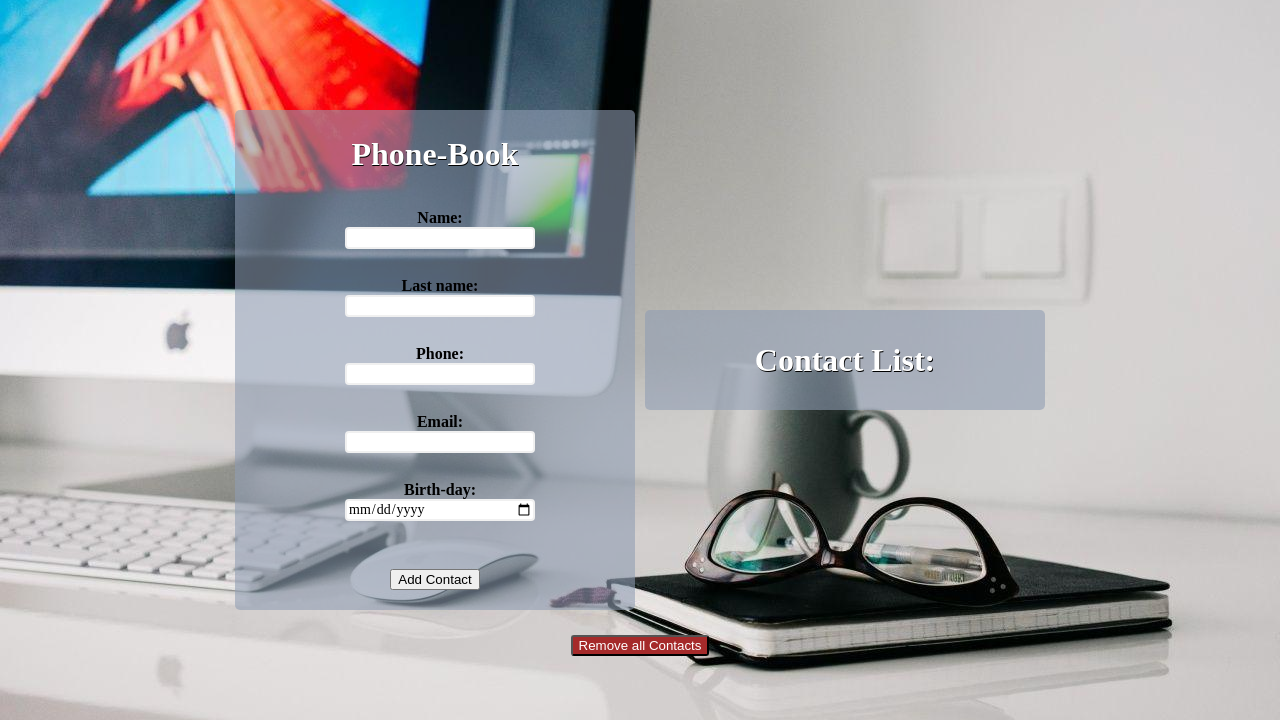
Repository: STA1357/Phone-book
Page: Inner.html
The author's editor kept a copy of each file at every save. The page is drawn from the files as they stood at one save, then again after the next save.
The browser window is 1280 px wide. The pictures show the whole page.

Above is the page before, as saved 2020-12-12 11:36:51.

### Inner.html
<!DOCTYPE html>
<html lang="en">
<head>
    <meta charset="UTF-8">
    <meta name="viewport" content="width=device-width, initial-scale=1.0">
    <title>Phone Book</title>
    <link rel="stylesheet" href="./styles.css">
    <script src="./app.js"></script>
</head>
<body>
    <form action="#" method="POST" id="form" class="form">

        <header>
            <div class="header-title">
                <h1>Phone-Book</h1>
            </div>
        </header>

        <main>
            <div class="container">

                <div class="form-control">
                <label for="name">Name:</label>
                <input type="text" id="nameInput">
                <small>Error message</small>
                </div>

                <div class="form-control">
                <label for="lname">Last name:</label>
                <input type="text" id="lnameInput">
                <small>Error message</small>
                </div>

                <div class="form-control">
                <label for="tel">Phone:</label>
                <input type="text" id="telInput" class="tellinput">
                <small>Error message</small>
                </div>


                <div class="form-control">
                <label for="email">Email:</label>
                <input type="email" id="emailInput">
                <small>Error message</small>
                </div>


                <div class="form-control">
                <label for="birthname">Birth-day:</label>
                <input type="date" id="birthInput">
                <small>Error message</small>
                </div>

            </div>

        </main>

        <div class="btn">
        <button type="submit" id="btnAdd">Add Contact</button>
    </div>
    </form>
<div class="list-container">
    <h2 class="listTitle">Contact List:</h2>
    <ul id="users"></ul>
</div>

<div class="clearBook">
    <button id="clearBookBtn" class="clearBookBtn" onclick="removeAll()">Remove all Contacts</button>
</div>

</body>
</html>

### styles.css
*{
    box-sizing: border-box;

}

body{
    display: flex;
    flex-direction: row;
    align-items: center;
    justify-content: center;
    min-height: 100vh;
    margin: 0;
    background: url("./wp3990421-office-wallpapers.jpg") no-repeat fixed center center;
    background-size: cover;
}

.header-title{
    color: white;
    text-shadow: 0.5px 0.5px black;
}

form{

    background-color: rgba(144, 156, 179, 0.589);
    width: 400px;
    max-width: 100%;
    margin-right: 10px;
    text-align: center;
    border-radius: 5px;
    position: relative;
}

main{
    margin-left: 25%;
}

.container{
    text-align: center;
    display: block;
    width: 70%;
}

.list-container{
    background-color: rgba(144, 156, 179, 0.589);
    width: 400px;
    max-width: 100%;
    page-break-after: 30px 40px;
    border-radius: 5px;
}

.listTitle{
    color: white;
    text-shadow: 0.7px 0.7px black;
    font-size: 32px;
}

.titleLi{
    color: rgb(190, 14, 14);
    text-shadow: 0.5px 0.5px black;
    font-size: 22px;
}

.infoList{
    color: black;
    font-size: 18px;
}

h2{
    text-align: center;
}

label{
    font-weight: bold;
}

.form-control input {
	border: 2px solid #f0f0f0;
	border-radius: 4px;
	display: block;
	font-family: inherit;
	font-size: 14px;

	width: 100%;
}








.btn{
    padding: 20px 0;
}


.selected{
    background-color: skyblue;
    color: black;
    text-shadow: 0.5px 0.5px grey;
}

.deleteBtn::before{
    color: brown;
    content: "delete";
    font-weight: bold;
}

.deleteAll::before{
    color: brown;
    content: "delete";
}

div{
    padding: 5px;
}

li{
    font-weight: bold;
    font-style: italic;
}

.clearBook{
    display: block;
    position: fixed;

}

.clearBookBtn{
    margin-top: 570px;
    background-color: brown;
    color: white;
    border-radius: 3px;
}

.form-control.success input{
    border-color: rgb(18, 206, 18);
}

.form-control.error input{
    border-color: rgb(224, 68, 68);
}


.form-control small {
	color: rgb(224, 68, 68);
	bottom: 0;
	left: 0;
	visibility: hidden;
}

.form-control.error small{
    visibility: visible;
}

### app.js


window.onload = function() {
    const localKey = 'contactsCollection';
    const form = document.querySelector('form');
    const list = document.getElementById('users');
    const userName = document.getElementById('nameInput');
    const userLname = document.getElementById('lnameInput');
    const userTel = document.getElementById('telInput');
    const userEmail = document.getElementById('emailInput');
    const userBirth = document.getElementById('birthInput');

    const newLocal = 'submit';
    //validation
    form.addEventListener(newLocal, (e) => {
        e.preventDefault();

        checkInputs();
    })

    function checkInputs() {
        const userNameValue = userName.value.trim();
        const userLnameValue = userLname.value.trim();
        const userTelValue = userTel.value.trim();
        const userEmailValue = userEmail.value.trim();
        const userBirthValue = userBirth.value.trim();



    if(userNameValue === ''){
        setErrorFor (userName, 'Can not skip user name')
    } else {
        setSuccessFor (userName);
    }
    if(userLnameValue === ''){
        setErrorFor (userLname, 'Can not skip user last-name')
    } else {
        setSuccessFor (userLname);
    }
    if(userTelValue === ''){
        setErrorFor (userTel, 'Can not skip user phone')
    } else {
        setSuccessFor (userTel);
    }
    if(userEmailValue === ''){
        setErrorFor (userEmail, 'Can not skip email')
    } else {
        setSuccessFor (userEmail);
    }
    if(userBirthValue === ''){
        setErrorFor (userBirth, 'Can not skip user birthday')
    } else {
        setSuccessFor (userBirth);
    }

    function setErrorFor (input, message) {
        const formControl = input.parentElement;
        const small = formControl.querySelector('small');
        formControl.className = 'form-control error';
        small.innerText = message;
        }

        function setSuccessFor (input) {
        const formControl = input.parentElement;
        formControl.className = 'form-control success';
        }
    }


    let contactsList = getContacts();
    let activeContact = null;

    generateContactList();



    function getContacts() {
        const res = localStorage.getItem(localKey);
        return res ? JSON.parse(res) : [];
    }

    function setToStorage(data) {
        localStorage.setItem(localKey, data);
    }

    function updateContactList(newList) {
        const string = JSON.stringify(newList);
        contactsList = newList;
        setToStorage(string);
        generateContactList();
    }

    function recordContact(newContact) {
        updateContactList([...contactsList, newContact])
    }

    function updateContact(newData) {
        contactsList = contactsList.map(contact => contact.id === newData.id ? newData : contact);
        updateContactList(contactsList);
    }

    function deleteContact(removeId) {
        contactsList = contactsList.filter(({ id }) => id !== removeId);
        updateContactList(contactsList);
    }

    function setActiveContact(id) {
        const contact = document.getElementById(`contact-${id}`);
        contact.classList.toggle('active');
    }

    function generateContactList() {
        console.log(contactsList);
        const fragment = document.createDocumentFragment();
        contactsList.forEach((contact) => {
            const { id, name, lastName, phone, mail, birthDay } = contact;
            const container = document.createElement('div');

            container.onclick = () => setActiveContact(id);
            container.id = `contact-${id}`;
            const title = document.createElement('li');
            title.className = 'titleLi'
            title.innerText = `${name} ${lastName}`;

            const infoList = document.createElement('b');
            infoList.className = 'infoList'
            infoList.innerText = `${phone}
            ${mail}
            ${birthDay}`;
            // phonesList.innerText = phones.join(' ');
            container.appendChild(title);
            container.appendChild(infoList);
            fragment.appendChild(container);

            const deleteBtn = document.createElement('button');
            deleteBtn.className = 'deleteBtn'
            fragment.appendChild(deleteBtn);
            deleteBtn.addEventListener('mousedown', function (e) {
                e.preventDefault();
            })

            deleteBtn.addEventListener('click', function (e) {
                console.log(e);
                container.removeChild(title);
                container.removeChild(infoList);
                deleteBtn.style.display = 'none';

            })
            document.getElementById('nameInput').value = "";
            document.getElementById('lnameInput').value = "";
            document.getElementById('telInput').value = "";
            document.getElementById('emailInput').value = "";
            document.getElementById('birthInput').value = "";

            //const btn = document.createElement('button');
            //btn.onclick = () => !deleteContact(removeId);
            //btn.appendChild(container)
            //window.localStorage.clear();

            container.addEventListener('mousedown', function (e) {
                e.preventDefault();
            })

            container.addEventListener('click', function (e) {
                console.log(e);


                if (e.target == this) {
                    return false;

                }
                if (!e.ctrlKey) {
                    clearSelected(this.children);
                }
                addSelected(e.target);
            })

            function clearSelected(elems) {
                for (let elem of elems) {
                    elem.classList.remove('selected');
                }
            }

            function addSelected(target) {
                target.classList.add('selected');
            }
        });


        list.innerHTML = '';
        list.appendChild(fragment);


    }

    function getId() {
        return '_' + Math.random().toString(36).substr(2, 9);
    };
    let contactsCount = 0;

    form.onsubmit = (event) => {
        event.preventDefault();
        const contact = {
            id: getId(),
            name: userName.value,
            lastName: userLname.value,
            phone: userTel.value,
            mail: userEmail.value,
            birthDay: userBirth.value
        }
        contactsCount++;
        console.log(contactsCount);
        recordContact(contact);
        console.log(contact);
    }



}

function removeAll(){
    if(window.confirm("This action will remove all contacts. Are you sure?")){
        window.localStorage.clear();
        document.location.reload();
    }
}


function newFunction() {
    return document.getElementById('contactsCount');
}
//function move_up() {
//document.getElementById('list-container').scrollTop += 10;
//}

//function move_down() {
//document.getElementById('list-container').scrollTop -= 10;
//}

// const form = document.querySelector('form')
// const list = document.getElementById('users')
// const userName = document.getElementById('nameInput')
// const userLname = document.getElementById('lnameInput')
// const userTel = document.getElementById('telInput')
// const userEmail = document.getElementById('emailInput')
// const userBirth = document.getElementById('birthInput')
// const entry = document.createElement('li')


// function addUser() {
//     const list = document.getElementById('users')
//     const userName = document.getElementById('nameInput')
//     const userLname = document.getElementById('lnameInput')
//     const userTel = document.getElementById('telInput')
//     const userEmail = document.getElementById('emailInput')
//     const userBirth = document.getElementById('birthInput')
//     const entry = document.createElement('li')
//     entry.appendChild(document.createTextNode(userName.value + ' ' + userLname.value + ' '
//     + userTel.value + ' ' + userEmail.value + ' ' + userBirth.value))
//     list.appendChild(entry)
//     return false

// }

// let bookContacts = [];

// const addContacts = (ev) => {
//     ev.preventDefault();
//     let contact = {
//         name: document.getElementById('nameInput').value,
//         lname: userLname.value,
//         tel: userTel.value,
//         email: userEmail.value,
//         birthday: userBirth.value
//     }
//     bookContacts.push(contact);
//     document.forms[0].reset();
// }
// document.addEventListener('DomContentLoad', () =>{
//     document.getElementById('btnAdd').addEventListener('click',addContacts)
// })
// console.log(bookContacts);




/*class Person{
    constructor(options){
        this.name = options.name
        this.lname = options.lname
        this.tel = options.tel
        this.email = options.email
        this.birthday = options.birthday
    }
}

class User extends Person{
    static type = "User"
}

const user = new User({
    name: "",
    lname: "",
    tel: "",
    email:"",
    birthday:""
})


localStorage.setItem('userInfo', JSON.stringify(user));




const raw = localStorage.getItem('userInfo')
const userInfo = JSON.parse(raw)
userInfo.name = 'Maxim'

console.log(userInfo);*/

After the next save:
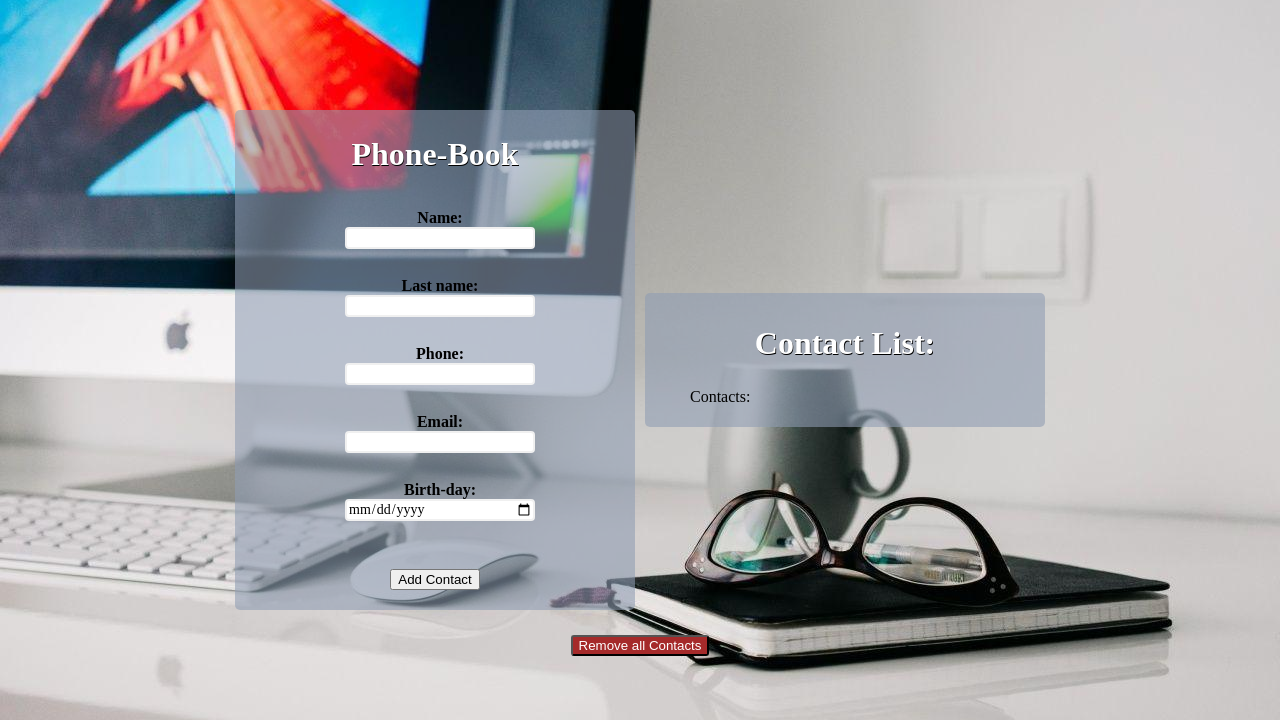
Saved 5 s later.
--- a/Inner.html
+++ b/Inner.html
@@ -61,6 +61,7 @@
     </form>
 <div class="list-container">
     <h2 class="listTitle">Contact List:</h2>
+    <ul id="contactsCount">Contacts:</ul>
     <ul id="users"></ul>
 </div>
 

After the save that followed:
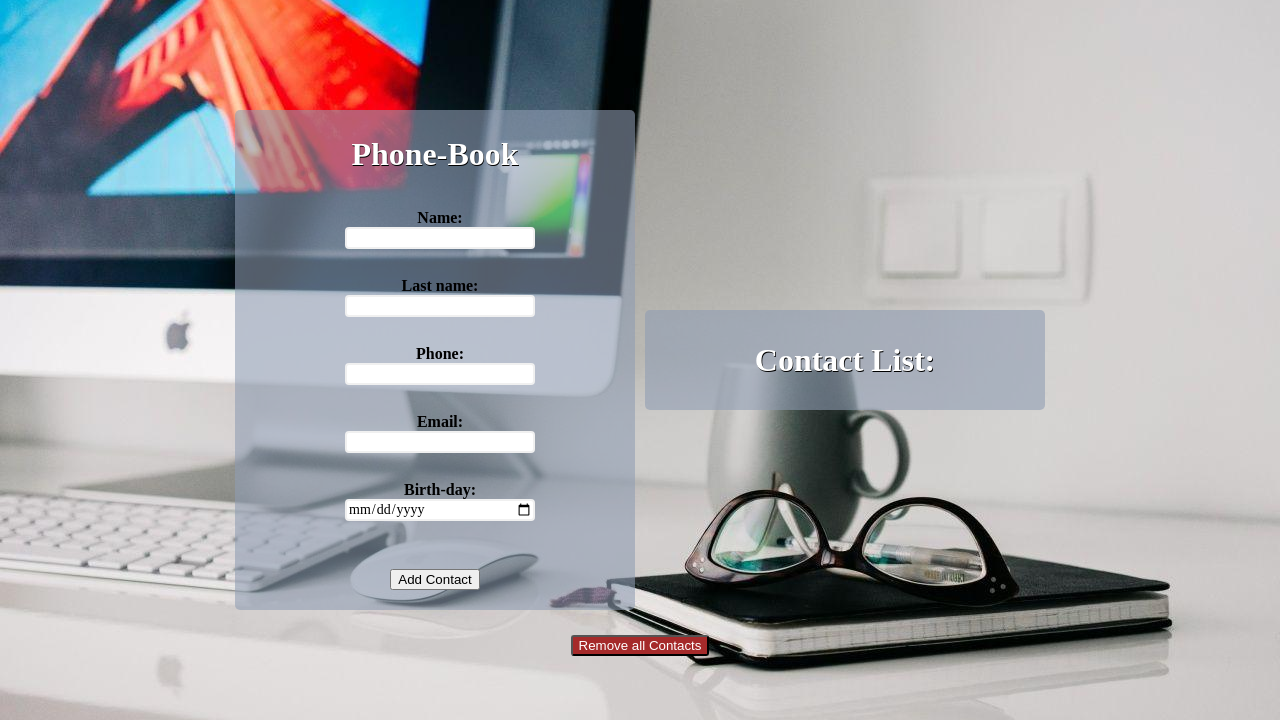
Saved 22 s later.
--- a/Inner.html
+++ b/Inner.html
@@ -61,7 +61,6 @@
     </form>
 <div class="list-container">
     <h2 class="listTitle">Contact List:</h2>
-    <ul id="contactsCount">Contacts:</ul>
     <ul id="users"></ul>
 </div>
 
